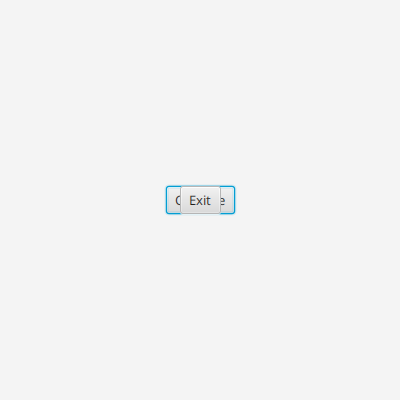
Repository: quasio007/AllMyWork
Program's window: java workspace/JavaFX/src/application/Main.java
The author's editor kept a copy of each file at every save. The program's window is drawn from the files as they stood at one save, then again after the next save.
It runs on Java 21 on a 1366 x 768 screen with JavaFX 11; the title bar is not drawn.

Above is the program's window before, as saved 2017-05-17 15:11:12.

### workspace/JavaFX/src/application/Main.java
package application;

import javafx.application.Application;
import javafx.stage.Stage;
import javafx.scene.Scene;
import javafx.scene.control.Button;
//import javafx.scene.layout.BorderPane;
import javafx.scene.layout.StackPane;


public class Main extends Application {
	@Override
	public void start(Stage primaryStage) {
		try {
			StackPane root = new StackPane();
			Button button = new Button("Click Me");
			Button exit = new Button("Exit");

			root.getChildren().add(button);
			root.getChildren().add(exit);
			Scene scene = new Scene(root,400,400);
//			scene.getStylesheets().add(getClass().getResource("application.css").toExternalForm());
			primaryStage.setScene(scene);
			primaryStage.show();
		} catch(Exception e) {
			System.out.println("Error Occured");
			e.printStackTrace();
		}
	}

	public static void main(String[] args) {
		launch(args);
	}
}

After the next save:
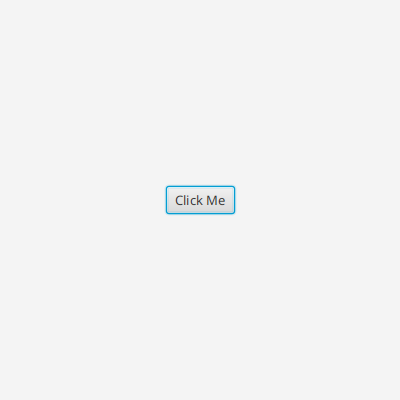
Saved 49 s later.
--- a/workspace/JavaFX/src/application/Main.java
+++ b/workspace/JavaFX/src/application/Main.java
@@ -17,7 +17,7 @@
 			Button exit = new Button("Exit");
 
 			root.getChildren().add(button);
-			root.getChildren().add(exit);
+
 			Scene scene = new Scene(root,400,400);
 //			scene.getStylesheets().add(getClass().getResource("application.css").toExternalForm());
 			primaryStage.setScene(scene);
